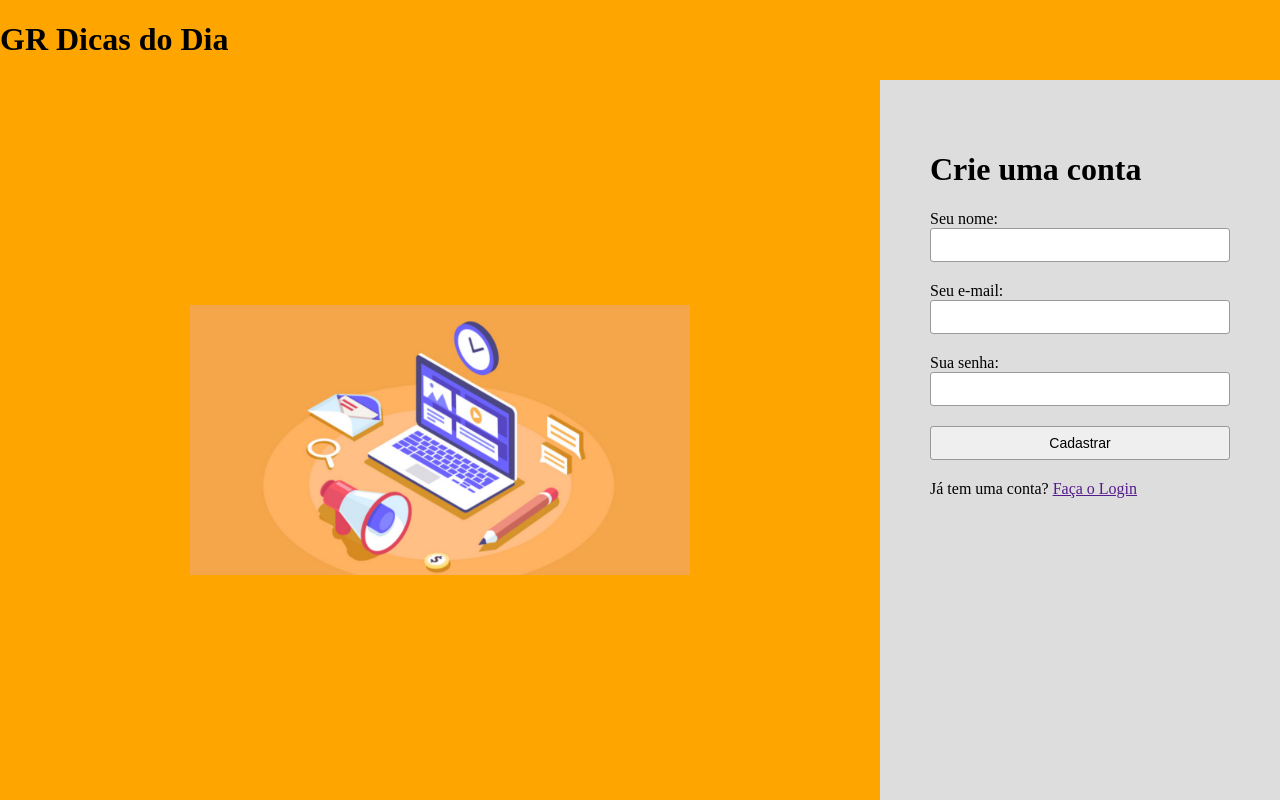
Repository: rafavirginio/tela-de-login
Page: index.html
The author's editor kept a copy of each file at every save. The page is drawn from the files as they stood at one save, then again after the next save.
The browser window is 1280 px wide. The pictures show the whole page.

Above is the page before, as saved 2020-09-15 14:44:44.

After the next save:
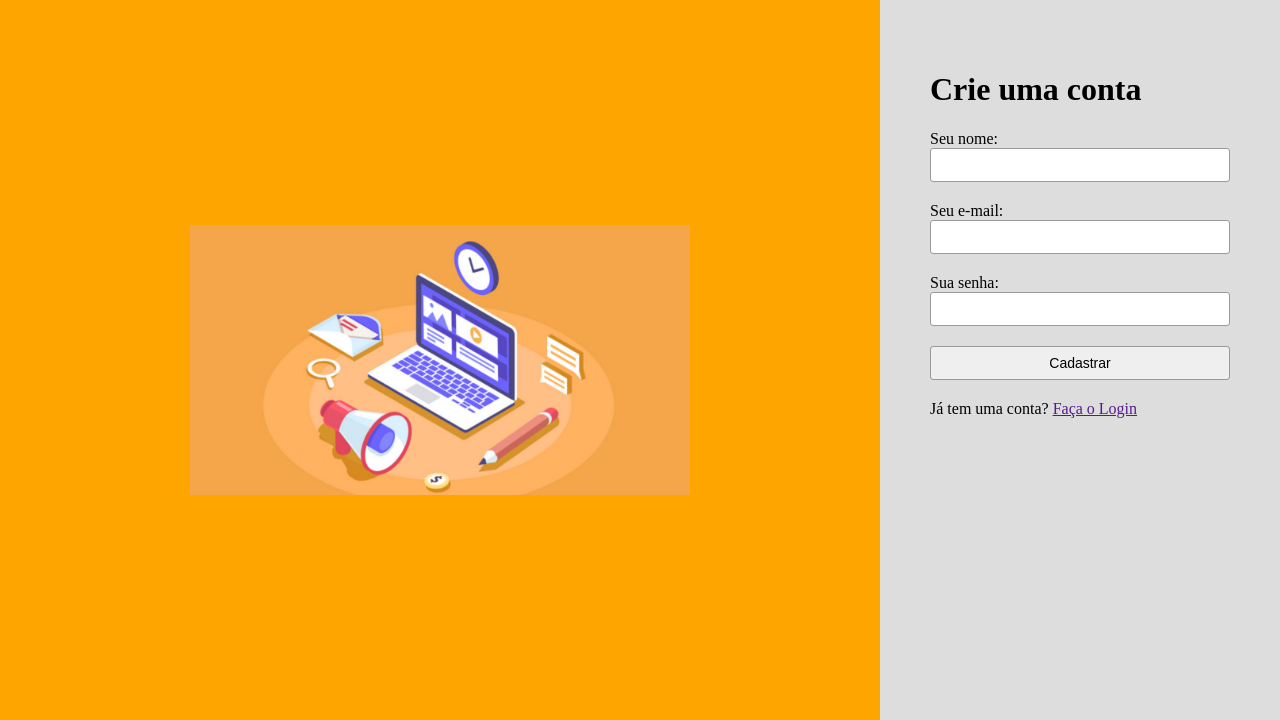
Saved 24 s later.
--- a/index.html
+++ b/index.html
@@ -11,7 +11,7 @@
 </head>
 
 <body>
-    <h1>GR Dicas do Dia</h1>
+
     <div class="screen">
         <div class="leftside">
             <img src="imgGR.png" alt ""/>
